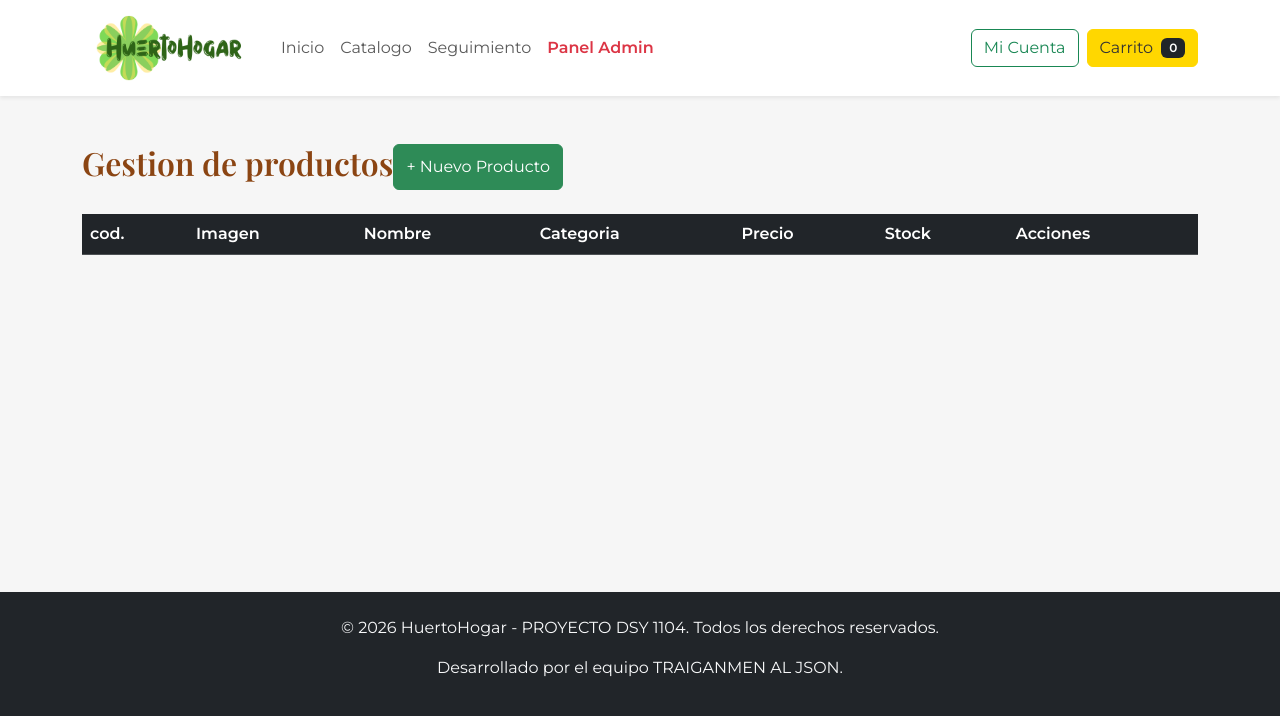
Repository: RottZen/Ev_1_Huerto_Hogar
Page: 8_admin/admin.html
These files come from the project's save history. The page is drawn as it stood at one moment and after the next save; the edit follows.
The browser window is 1280 px wide. The pictures show the whole page.

Above is the page before, as saved 2026-09-08 23:01:41.

### 8_admin/admin.html
<!DOCTYPE html>
<html lang="es">
<head>
    <meta charset="UTF-8">
    <meta name="viewport" content="width=device-width, initial-scale=1.0">
    <title>Admin - HuertoHogar</title>
    <link href="https://cdn.jsdelivr.net/npm/bootstrap@5.3.2/dist/css/bootstrap.min.css" rel="stylesheet">
    <link href="https://fonts.googleapis.com/css2?family=Montserrat:wght@400;600&family=Playfair+Display:wght@600;700&display=swap" rel="stylesheet">
    <link rel="stylesheet" href="../7_comunes/global.css">

</head>
<body class="d-flex flex-column min-vh-100">
    <!-- menu de navegacion -->
    <header>
        <nav class="navbar navbar-expand-lg navbar-light bg-white shadow-sm">
            <div class="container">
                <a class="navbar-brand" href="../1_inicio/index.html">
                    <img src="../assets/img/logo.png" alt="Logo HuertoHogar" class="logo-header d-inline-block align-text-center">
                </a>
                <button class="navbar-toggler" type="button" data-bs-toggle="collapse" data-bs-target="#menuNavegacion">
                    <span class="navbar-toggler-icon"></span>
                </button>

                <div class="collapse navbar-collapse" id="menuNavegacion">
                    <ul class="navbar-nav me-auto mb-2 mb-lg-0">
                        <li class="nav-item"><a class="nav-link" href="../1_inicio/index.html">Inicio</a></li>
                        <li class="nav-item"><a class="nav-link" href="../2_catalogo/catalogo.html">Catalogo</a></li>
                        <li class="nav-item"><a class="nav-link" href="../6_seguimiento/rastreo.html">Seguimiento</a></li>
                        <li class="nav-item"> <a class="nav-link active fw-bold text-danger" href="admin.html">Panel Admin</a></li>
                    </ul>
                    <div class="d-flex gap-2">
                        <a href="../4_autenticacion/registro.html" class="btn btn-outline-success">Mi Cuenta</a>
                        <!-- boton del carrito de compras con contador dinamico js KU -->
                        <a href="../3_carrito/carrito.html" class="btn btn-warning">
                            Carrito <span class="badge bg-dark ms-1" id="contador-carrito">0</span>
                        </a>
                    </div>
                </div>
            </div>
        </nav>
    </header>

    <!-- MAIN CONTENEDOR DINAMICO -->
    <main class="container my-5 flex-grow-1">
        <div class="d-flex justify-content-vetween align-item-center mb-4">
            <h2>Gestion de productos</h2>
            <button class="btn btn-primary">+ Nuevo Producto</button>
        </div>

        <div class="table-responsive">
            <table class="table table-hover align-middle">
                <thead class="table-dark">
                    <tr>
                        <th>cod.</th>
                        <th>Imagen</th>
                        <th>Nombre</th>
                        <th>Categoria</th>
                        <th>Precio</th>
                        <th>Stock</th>
                        <th>Acciones</th>
                    </tr>
                </thead>
                <tbody id="tabla-admin-productos"></tbody>
            </table>

        </div>


    </main>
    <footer class="bg-dark text-light py-4 mt-auto">
        <div class="container text-center">
            <p>&copy; 2026 HuertoHogar - PROYECTO DSY 1104. Todos los derechos reservados.</p>
            <p>Desarrollado por el equipo TRAIGANMEN AL JSON.</p>
        </div>
    </footer>
    <script src="https://cdn.jsdelivr.net/npm/bootstrap@5.3.2/dist/js/bootstrap.bundle.min.js"></script>
    <script src="../7_comunes/datos.js"></script>
    <script src="admin.js"></script>





</body>
</html>

### 7_comunes/global.css
/* tipografia */
@import url('https://fonts.googleapis.com/css2?family=Montserrat:wght@400;600&family=Playfair+Display:wght@600;700&display=swap');

/* variable colores of */
:root{
    --blanco-suave: #f6f6f6;
    --verde-esmeralda: #2e8b57;
    --amarillo-mostaza: #ffd700;
    --marron-claro: #8B4513;
    --gris-oscuro: #333333;
    --gris-medio: #666666;

}
.logo-header{
    height: 70px;
    width: auto;
    object-fit: contain;

}

/* configuracion base */
body{
    background-color: var(--blanco-suave);
    color : var(--gris-oscuro);
    font-family: 'Montserrat', sans-serif;
}

h1, h2, h3, h4{
    font-family: 'Playfair Display', serif;
    color: var(--marron-claro)
}


/* sobreescribir botones feos de bootstrap */

.btn-primary{
    background-color: var(--verde-esmeralda) !important;
    border-color: var(--verde-esmeralda) !important;
    color: white !important;
}
.btn-primary:hover{
    background-color: #246b43 !important; /*mas oscurito pa q se note la interaccion */
    border-color: #246b43 !important;
}
.btn-warning{
    background-color: var(--amarillo-mostaza) !important;
    border-color: var(--amarillo-mostaza) !important;
    color: var(--gris-oscuro) !important;
}

### 7_comunes/datos.js
const productos = [
    {
        codigo: "FR001",
        nombre: "Manzanas Fuji",
        categoria: "frutas",
        precio: 1200,
        unidad: "kg",
        imagen: "../assets/img/manzana-fuji.jpg",
        descripcion: "Manzanas Fuji crujientes y dulces, cultivadas en el Valle del Maule. Perfectas para meriendas saludables o como ingrediente en postres.",
        origen: "Valle del Maule",
        stock: 150
    },
    {
        codigo: "FR002",
        nombre: "Naranjas Valencia",
        categoria: "frutas",
        precio: 1000,
        unidad: "kg",
        imagen: "../assets/img/naranjas-valencia.jpg",
        descripcion: "Jugosas y ricas en vitamina C, ideales para zumos frescos y refrescantes.",
        origen: "Chile",
        stock: 200
    },
    {
        codigo: "FR003",
        nombre: "Plátanos Cavendish",
        categoria: "frutas",
        precio: 800,
        unidad: "kg",
        imagen: "../assets/img/platanos-cavendish.jpg",
        descripcion: "Plátanos maduros y dulces, perfectos para el desayuno o como snack energético.",
        origen: "Chile",
        stock: 250
    },
    {
        codigo: "VR001",
        nombre: "Zanahorias Orgánicas",
        categoria: "verduras",
        precio: 900,
        unidad: "kg",
        imagen: "../assets/img/zanahorias-organicas.jpg",
        descripcion: "Zanahorias crujientes cultivadas sin pesticidas. Excelente fuente de vitamina A y fibra.",
        origen: "Región de O'Higgins",
        stock: 100
    },
    {
        codigo: "VR002",
        nombre: "Espinacas Frescas",
        categoria: "verduras",
        precio: 700,
        unidad: "bolsa 500g",
        imagen: "../assets/img/espinacas-frescas.jpg",
        descripcion: "Espinacas frescas y nutritivas, perfectas para ensaladas y batidos verdes.",
        origen: "Chile",
        stock: 80
    },
    {
        codigo: "VR003",
        nombre: "Pimientos Tricolores",
        categoria: "verduras",
        precio: 1500,
        unidad: "kg",
        imagen: "../assets/img/pimientos-tricolores.jpg",
        descripcion: "Pimientos rojos, amarillos y verdes, ideales para salteados y platos coloridos.",
        origen: "Chile",
        stock: 120
    },
    {
        codigo: "PO001",
        nombre: "Miel Orgánica",
        categoria: "organicos",
        precio: 5000,
        unidad: "frasco 500g",
        imagen: "../assets/img/miel-organica.jpg",
        descripcion: "Miel pura y orgánica producida por apicultores locales. Rica en antioxidantes y con un sabor inigualable.",
        origen: "Región de La Araucanía",
        stock: 50
    },
    {
        codigo: "PO003",
        nombre: "Quinua Orgánica",
        categoria: "organicos",
        precio: 3200,
        unidad: "bolsa 1kg",
        imagen: "../assets/img/quinua-organica.jpg",
        descripcion: "Quinua orgánica, alta en proteínas y libre de gluten, ideal para una alimentación saludable.",
        origen: "Chile",
        stock: 35
    },
    {
        codigo: "PL001",
        nombre: "Leche Entera",
        categoria: "lacteos",
        precio: 1100,
        unidad: "litro",
        imagen: "../assets/img/leche-entera.jpg",
        descripcion: "Leche entera proveniente de granjas locales, rica en calcio y nutrientes esenciales.",
        origen: "Chile",
        stock: 90
    }
];


/* ------------------------------------------------------------
   2. FUNCIONES DEL CARRITO DE COMPRAS
   ------------------------------------------------------------ */

function obtenerCarrito() {
    const carritoGuardado = localStorage.getItem("carritoHuertoHogar");
    return carritoGuardado ? JSON.parse(carritoGuardado) : [];
}

function guardarCarrito(carrito) {
    localStorage.setItem("carritoHuertoHogar", JSON.stringify(carrito));
    actualizarContadorCarrito();
}

function agregarAlCarrito(codProducto, cantidad = 1) {
    const producto = productos.find(p => p.codigo === codProducto);
    if (!producto) {
        console.error("Producto no encontrado:", codProducto);
        return;
    }

    const carrito = obtenerCarrito();
    const itemExistente = carrito.find(item => item.codigo === codProducto);

    if (itemExistente) {
        itemExistente.cantidad += cantidad;
    } else {
        carrito.push({
            codigo: producto.codigo,
            nombre: producto.nombre,
            precio: producto.precio,
            imagen: producto.imagen,
            cantidad: cantidad
        });
    }

    guardarCarrito(carrito); // antes se llamaba sin argumento y borraba el carrito
}

function eliminarDelCarrito(codProducto) {
    let carrito = obtenerCarrito();
    carrito = carrito.filter(item => item.codigo !== codProducto);
    guardarCarrito(carrito);
    renderizarCarrito();
}

function actualizarCantidad(codProducto, nuevaCantidad) {
    const carrito = obtenerCarrito();
    const item = carrito.find(item => item.codigo === codProducto);

    if (item && nuevaCantidad > 0) {
        item.cantidad = nuevaCantidad;
        guardarCarrito(carrito);
        renderizarCarrito();
    }
}

function calcularTotalCarrito() {
    const carrito = obtenerCarrito();
    return carrito.reduce((total, item) => total + (item.precio * item.cantidad), 0);
}

function actualizarContadorCarrito() {
    const contador = document.querySelector("#contador-carrito");
    if (!contador) return;

    const carrito = obtenerCarrito();
    const productosTotales = carrito.reduce((total, item) => total + item.cantidad, 0);
    contador.textContent = productosTotales;
}


/* ------------------------------------------------------------
   3. FUNCIONES DE RENDERIZADO (mostrar datos en el HTML)
   ------------------------------------------------------------ */

// Dibuja las tarjetas de productos (Bootstrap) en catalogo.html
function renderizarProductos(listaProductos = productos) {
    const contenedor = document.querySelector(".grid-productos");
    if (!contenedor) return;

    contenedor.innerHTML = "";

    if (listaProductos.length === 0) {
        contenedor.innerHTML = `<p class="text-center text-secondary">No se encontraron productos.</p>`;
        return;
    }

    listaProductos.forEach(producto => {
        const columna = document.createElement("div");
        columna.classList.add("col");
        columna.innerHTML = `
            <div class="card h-100 shadow-sm tarjeta-producto">
                <img src="${producto.imagen}" class="card-img-top" alt="${producto.nombre}">
                <div class="card-body d-flex flex-column">
                    <h5 class="card-title">${producto.nombre}</h5>
                    <p class="card-text text-secondary small mb-1">${producto.origen}</p>
                    <p class="card-text fw-semibold">
                        $${producto.precio.toLocaleString("es-CL")} / ${producto.unidad}
                    </p>
                    <button class="btn btn-success mt-auto"
                        onclick="agregarAlCarrito('${producto.codigo}')">
                        Agregar al carrito
                    </button>
                </div>
            </div>
        `;
        contenedor.appendChild(columna);
    });
}

function filtrarPorCategoria(categoria) {
    if (categoria === "todos") {
        renderizarProductos(productos);
    } else {
        const filtrados = productos.filter(p => p.categoria === categoria);
        renderizarProductos(filtrados);
    }
}

// Dibuja el contenido del carrito en páginas que usen .lista-carrito
// (si carrito.html usa su propia tabla Bootstrap, ver carrito.js en su lugar)
function renderizarCarrito() {
    const contenedor = document.querySelector(".lista-carrito");
    if (!contenedor) return;

    const carrito = obtenerCarrito();
    contenedor.innerHTML = "";

    if (carrito.length === 0) {
        contenedor.innerHTML = "<p>Tu carrito está vacío.</p>";
    } else {
        carrito.forEach(item => {
            const fila = document.createElement("div");
            fila.classList.add("item-carrito");
            fila.innerHTML = `
                <img src="${item.imagen}" alt="${item.nombre}">
                <span>${item.nombre}</span>
                <input type="number" min="1" value="${item.cantidad}"
                    onchange="actualizarCantidad('${item.codigo}', parseInt(this.value))">
                <span>$${(item.precio * item.cantidad).toLocaleString("es-CL")}</span>
                <button onclick="eliminarDelCarrito('${item.codigo}')">Eliminar</button>
            `;
            contenedor.appendChild(fila);
        });
    }

    const totalElemento = document.querySelector(".total-carrito");
    if (totalElemento) {
        totalElemento.textContent = `Total: $${calcularTotalCarrito().toLocaleString("es-CL")}`;
    }
}


/* ------------------------------------------------------------
   4. INICIALIZACIÓN
   ------------------------------------------------------------ */
document.addEventListener("DOMContentLoaded", () => {
    actualizarContadorCarrito();
    renderizarProductos();
    renderizarCarrito();
});

Loaded but not shown: 8_admin/admin.js (no stored copy; drawn as an empty file)

After the next save:
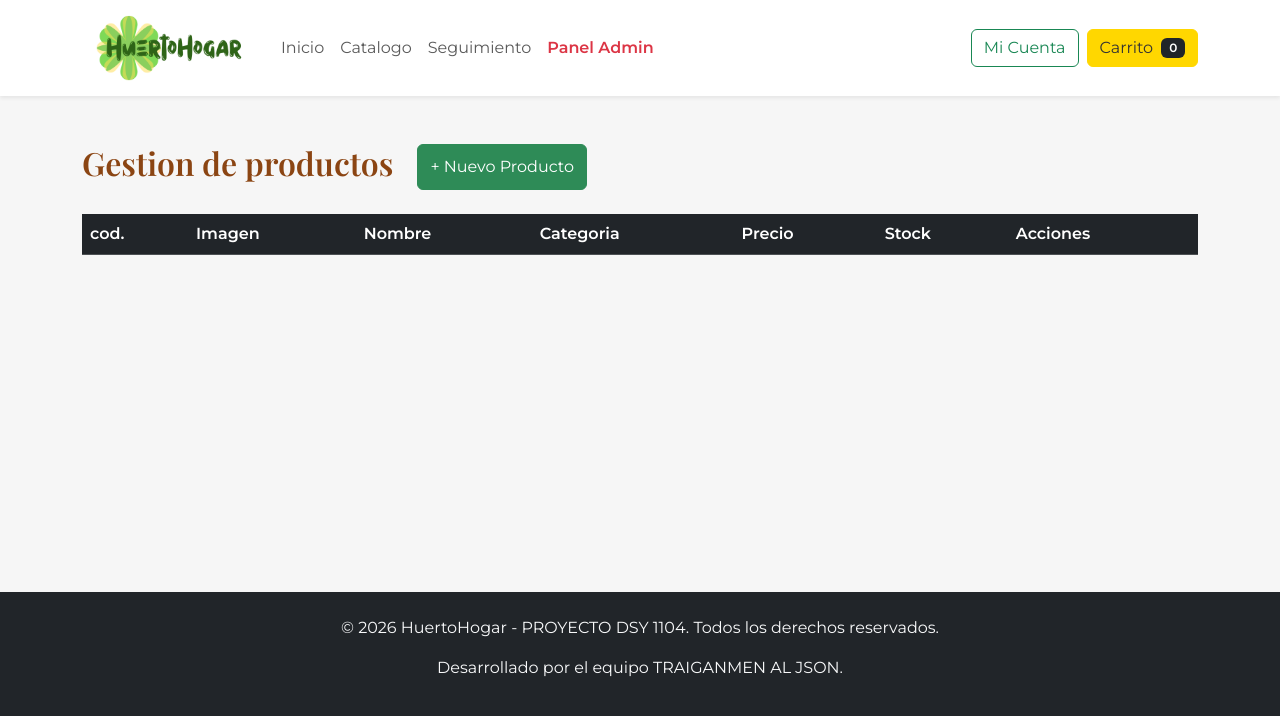
Saved 65 s later.
--- a/8_admin/admin.html
+++ b/8_admin/admin.html
@@ -44,7 +44,7 @@
     <main class="container my-5 flex-grow-1">
         <div class="d-flex justify-content-vetween align-item-center mb-4">
             <h2>Gestion de productos</h2>
-            <button class="btn btn-primary">+ Nuevo Producto</button>
+            <button class="btn btn-primary ms-4">+ Nuevo Producto</button>
         </div>
 
         <div class="table-responsive">
